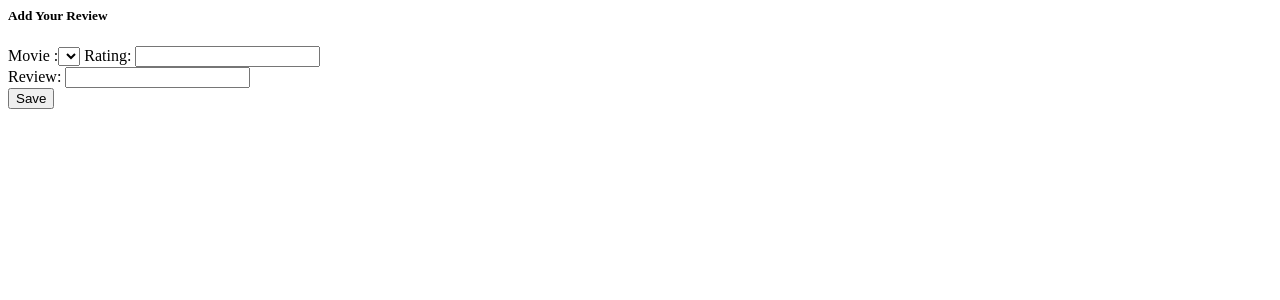
Repository: kd2-80175/WebJava
Page: http://localhost/MovieApp/AddReview
An editor plug-in stored every save of this project. The page is shown before and after the next save, followed by the edit.
The browser window is 1280 px wide. The pictures show the whole page.
The page is served by Tomcat 9. Queries for data that is not in the repository find no rows.

Above is the page before, as saved 2023-12-20 07:38:29.

After the next save:
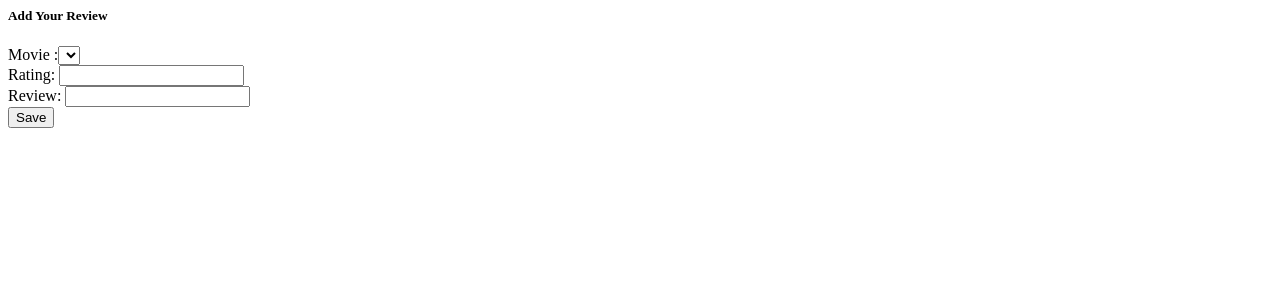
Saved 42 s later.
--- a/Assignment1/MovieApp/src/com/sunbeam/servlets/AddReviewServlet.java
+++ b/Assignment1/MovieApp/src/com/sunbeam/servlets/AddReviewServlet.java
@@ -40,7 +40,7 @@ public class AddReviewServlet extends HttpServlet {
 			out.println("Movie :<select name='movieid'>");
 			for(Movie m:list)
 				out.printf("<option value='%d'>%s</option>",m.getId(),m.getTitle());
-			out.println("</select>");
+			out.println("</select> <br/>");
 
 		} catch (Exception e) {
 			// TODO Auto-generated catch block
